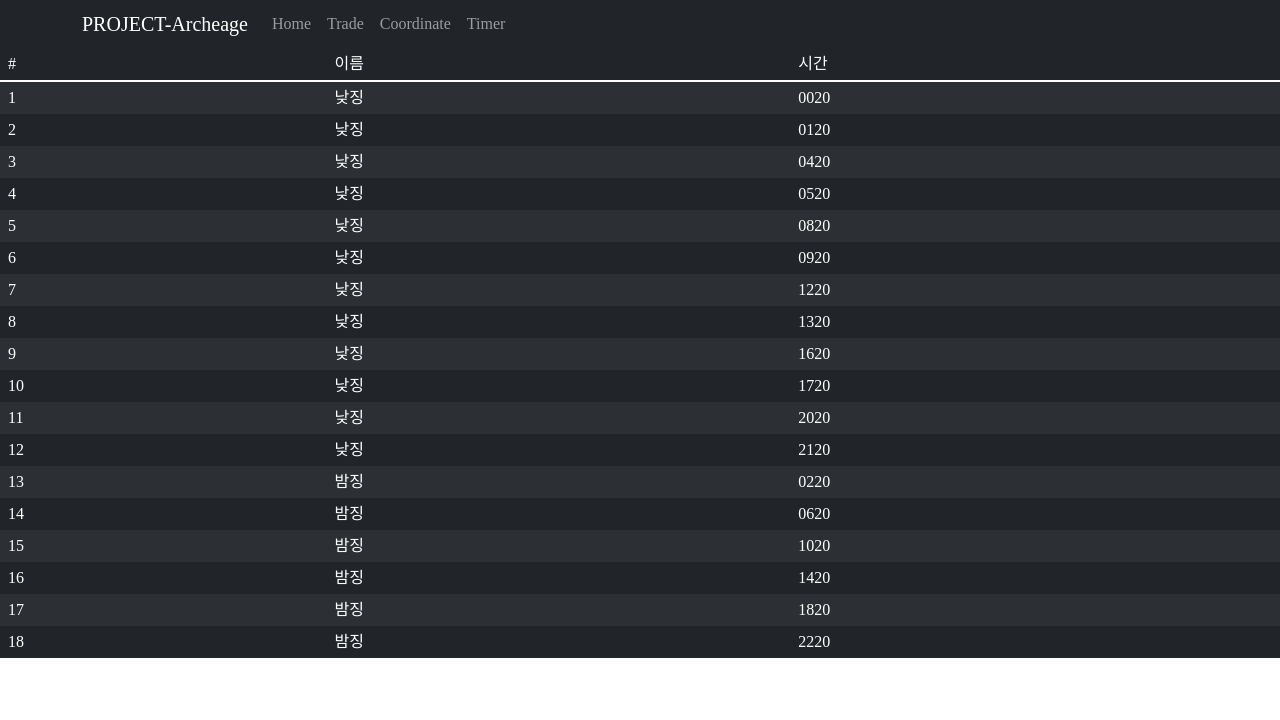
Repository: minsang98/project-archeage
Page: /timer
An editor plug-in stored every save of this project. The page is shown before and after the next save, followed by the edit.
The browser window is 1280 px wide. The pictures show the whole page.
The project was rebuilt for these pictures with package versions that can differ from the ones it lists, and the page was loaded fresh each time. Imported but missing from the stored project, and not drawn on this page: src/components/Timer/lol.mp3.

Above is the page before, as saved 2022-01-10 23:13:00.

### src/components/Navigation.js
import React from 'react';
import { Navbar, Container, Nav } from 'react-bootstrap';
import { Link } from 'react-router-dom';

const Navigation = () => {
  return (
    /* NAVIGATION COMPONENT */
    <Navbar bg="dark" variant="dark">
      <Container>
        <Navbar.Brand href="#home">PROJECT-Archeage</Navbar.Brand>
        <Nav className="me-auto">
          <Nav.Link to="/" as={Link}>
            Home
          </Nav.Link>
          <Nav.Link to="/trade" as={Link}>
            Trade
          </Nav.Link>
          <Nav.Link to="/coordinate" as={Link}>
            Coordinate
          </Nav.Link>
          <Nav.Link to="/timer" as={Link}>
            Timer
          </Nav.Link>
        </Nav>
      </Container>
    </Navbar>
  );
};

export default Navigation;

### src/components/Loading.js
import React from 'react';
import { Spinner } from 'react-bootstrap';

const Loading = () => {
  return (
    /* LOADING COMPONENT */
    <Spinner animation="border" role="status">
      <span className="visually-hidden">Loading...</span>
    </Spinner>
  );
};

export default Loading;

### src/container/TimerContainer.js
import React from 'react';

import Timer from '../components/Timer/Timer';

const TimerContainer = () => {
  return (
    <div>
      <Timer />
    </div>
  );
};

export default TimerContainer;

### src/components/Timer/Timer.js
import React from 'react';
import styled from 'styled-components';

import sound from './lol.mp3';
import schedule from './schedule.js';

import { Table } from 'react-bootstrap';

// const
const Timer = () => {
  const audio = new Audio(sound);
  // audio.play();
  const cr = schedule
    .filter((v) => v.name === '낮징')[0]
    .time.map((v) => {
      return { name: '낮징', time: v };
    });
  const gr = schedule
    .filter((v) => v.name === '밤징')[0]
    .time.map((v) => {
      return { name: '밤징', time: v };
    });
  const raid = schedule
    .filter((v) => v.name === '샤크라/글렌/레이나')[0]
    .time.map((v) => {
      return { name: '샤크라/글렌/레이나', time: v };
    });
  const riftRaid = [...cr, ...gr];
  console.log(riftRaid.sort((a, b) => b.itme - a.time));
  return (
    <div>
      <Table striped bordered hover variant="dark">
        <thead>
          <tr>
            <th>#</th>
            <th>이름</th>
            <th>시간</th>
          </tr>
        </thead>
        <tbody>
          {riftRaid.map((v, i) => (
            <tr key={i}>
              <td>{i + 1}</td>
              <td>{v.name}</td>
              <td>{v.time}</td>
            </tr>
          ))}
        </tbody>
      </Table>
    </div>
  );
};

export default Timer;

### src/components/Timer/schedule.js
/* eslint-disable import/no-anonymous-default-export */
export default [
  {
    id: 0,
    name: '낮징',
    location: ['이니스테르', '십자별 평원', '태양의 들녘'],
    compensation: [],
    time: [
      '0020',
      '0120',
      '0420',
      '0520',
      '0820',
      '0920',
      '1220',
      '1320',
      '1620',
      '1720',
      '2020',
      '2120',
    ],
  },
  {
    id: 1,
    name: '밤징',
    location: ['이니스테르', '십자별 평원'],
    compensation: [],
    time: ['0220', '0620', '1020', '1420', '1820', '2220'],
  },
  {
    id: 2,
    name: '샤크라/글렌/레이나',
    location: ['심연의 입구', '태양의 들녘'],
    compensation: [],
    time: ['0320', '0720', '1120', '1520', '1920', '2320'],
  },
  {
    id: 3,
    name: '황금 평원',
    location: ['인스턴스 / 세력전'],
    compensation: [],
    time: ['0130', '1430', '2030'],
  },
  {
    id: 4,
    name: '붉은 용',
    location: ['인스턴스 / 공격대'],
    compensation: [],
    time: ['0200', '1515', '2115'],
  },
  {
    id: 5,
    name: '카둠',
    location: ['인스턴스 / 공격대'],
    compensation: [],
    time: ['0200', '1515', '2115'],
  },
  // { id: 1, name: '낮징', location: ['이니스테르, 십자별 평원'], time: ['0020'] },
  // { id: 2, name: '낮징', location: ['태양의 들녘'], time: ['0120'] },
  // { id: 3, name: '세력 명예의 전장', location: ['인스턴스'], time: ['0130'] },
  // { id: 3, name: '용/카둠', location: ['인스턴스'], time: ['0200'] },
  // { id: 4, name: '밤징', location: ['이니스테르, 십자별 평원'], time: ['0220'] },
  // { id: 5, name: '샤크라/글렌/레이나', location: ['심연의 입구, 태양의 들녘'], time: ['0320'] },
  // { id: 6, name: '낮징', location: ['이니스테르, 십자별 평원'], time: ['0420'] },
  // { id: 7, name: '낮징', location: ['태양의 들녘'], time: ['0520'] },
  // { id: 8, name: '밤징', location: ['이니스테르, 십자별 평원'], time: ['0620'] },
  // { id: 9, name: '샤크라/글렌/레이나', location: ['심연의 입구, 태양의 들녘'], time: ['0720'] },
];

Loaded but not shown: public/index.html (common file); src/index.js (common file); src/index.css (common file); src/App.js (common file); src/reportWebVitals.js (common file); src/App.css (common file)

After the next save:
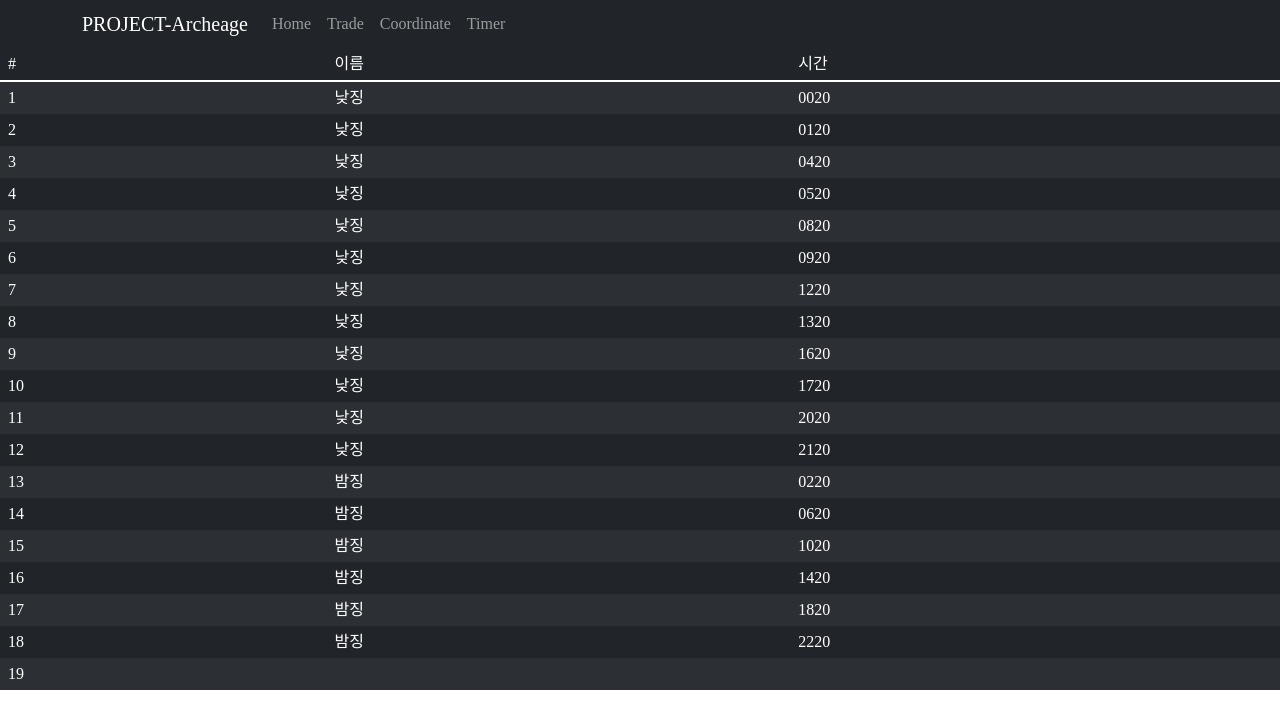
Saved 8 s later.
--- a/src/components/Timer/Timer.js
+++ b/src/components/Timer/Timer.js
@@ -25,7 +25,7 @@ const Timer = () => {
     .time.map((v) => {
       return { name: '샤크라/글렌/레이나', time: v };
     });
-  const riftRaid = [...cr, ...gr];
+  const riftRaid = [...cr, ...gr, raid];
   console.log(riftRaid.sort((a, b) => b.itme - a.time));
   return (
     <div>
